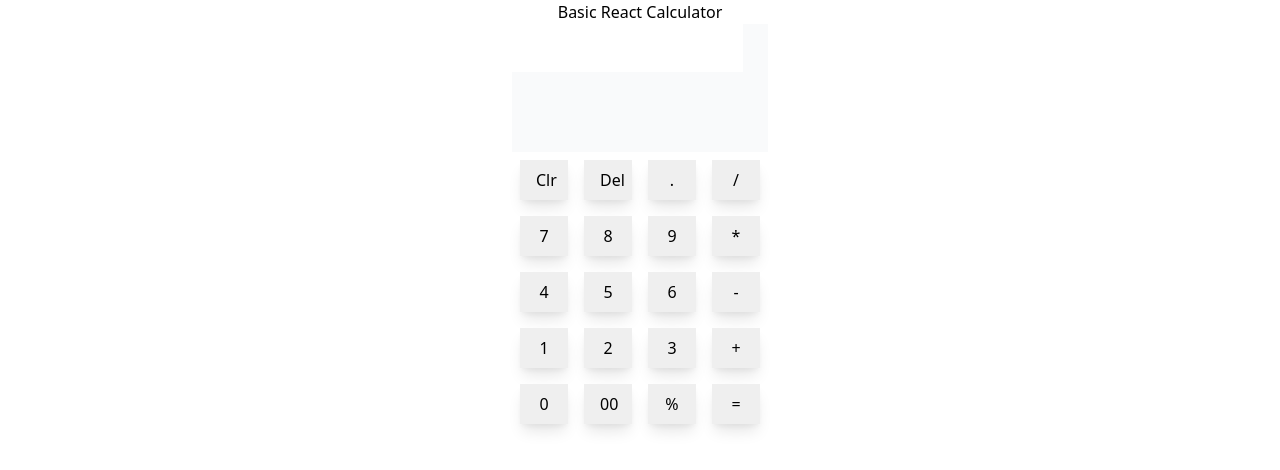
Repository: latenightsnacc/React-Calculator
Page: / (app in docs/react-calculator/)
These files come from the project's save history. The page is drawn as it stood at one moment and after the next save; the edit follows.
The browser window is 1280 px wide. The pictures show the whole page.
The project was rebuilt for these pictures with package versions that can differ from the ones it lists, and the page was loaded fresh each time. Also part of the build but not shown: docs/react-calculator/craco.config.js.

Above is the page before, as saved 2021-11-11 15:45:49.

After the next save:
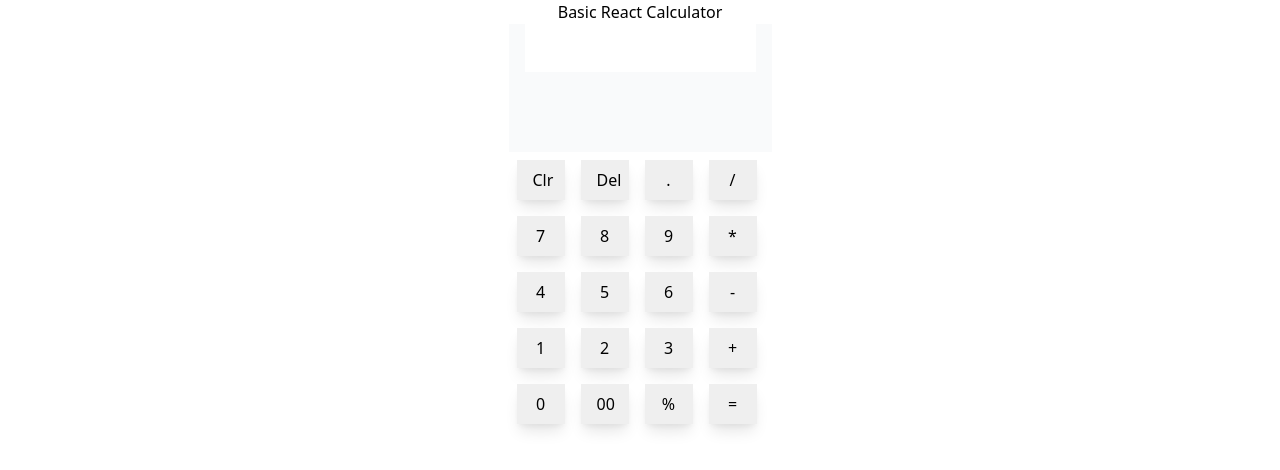
Saved 15 s later.
--- a/docs/react-calculator/src/components/CalculatorScreen.js
+++ b/docs/react-calculator/src/components/CalculatorScreen.js
@@ -3,7 +3,7 @@ import CalculatorOutputRow from './CalculatorOutputRow'
 
 const CalculatorScreen = () => {
     return (
-        <div className="bg-gray-50 w-full h-32">
+        <div className="bg-gray-50 px-4 w-full h-32">
             <CalculatorOutputRow/>
             <CalculatorOutputRow/>
         </div>
